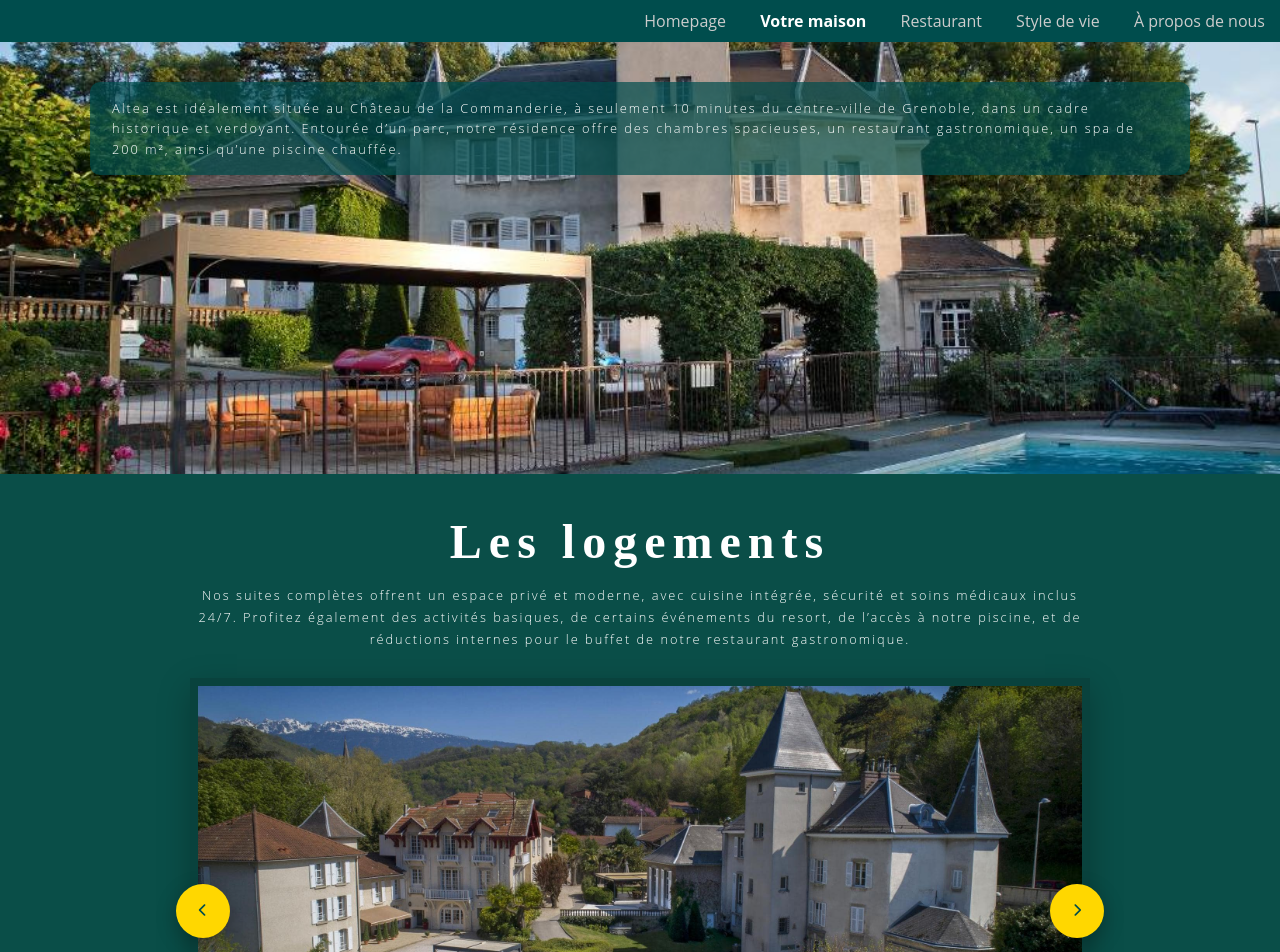
Repository: Rahimzeeeer/alteaaaa
Page: maison.html
The author's editor kept a copy of each file at every save. The page is drawn from the files as they stood at one save, then again after the next save.
The browser window is 1280 px wide. The pictures show the part of the page from y = 0 to 952 px (the page is 3131 px tall before and 3142 px after).
A picture or video elsewhere on the page could not be fetched, so the positions and the page height are approximate.

Above is the page before, as saved 2025-08-12 17:20:24.

### maison.html
<!DOCTYPE html>
<html lang="fr">
<head>
  <meta charset="UTF-8" />
  <meta name="viewport" content="width=device-width, initial-scale=1.0"/>
  <title>Votre maison – Altea</title>
  <link rel="stylesheet" href="style.css" />
  <link rel="stylesheet" href="https://cdnjs.cloudflare.com/ajax/libs/font-awesome/6.5.0/css/all.min.css"/>
</head>
<body>

  <!-- Navbar -->
  <header>
    <nav class="navbar">
      <ul>
        <li><a href="index.html">Homepage</a></li>
        <li><a href="maison.html" class="active">Votre maison</a></li>
        <li><a href="restaurant.html">Restaurant</a></li>
        <li><a href="style.html">Style de vie</a></li>
        <li><a href="apropos.html">À propos de nous</a></li>
      </ul>
    </nav>
  </header>

  <!-- Bandeau visuel + encart -->
  <section class="cover-banner" style="--cover:url('images/maison/cover.jpg')">
    <p class="cover-bubble">
      Altea est idéalement située au Château de la Commanderie, à seulement 10 minutes du centre-ville de Grenoble,
      dans un cadre historique et verdoyant. Entourée d’un parc, notre résidence offre des chambres spacieuses,
      un restaurant gastronomique, un spa de 200 m², ainsi qu’une piscine chauffée.
    </p>
  </section>

  <!-- Titre + intro -->
  <section class="lodging-intro">
    <h1>Les logements</h1>
    <p>
      Nos suites complètes offrent un espace privé et moderne, avec cuisine intégrée, sécurité et soins médicaux inclus 24/7.
      Profitez également des activités basiques, de certains événements du resort, de l’accès à notre piscine, et de
      réductions internes pour le buffet de notre restaurant gastronomique.
    </p>

    <!-- Visuel principal / carrousel (statique pour l’instant) -->
    <div class="lodging-hero">
      <button class="slide-btn prev"><i class="fa-solid fa-chevron-left"></i></button>
      <img src="images/maison/slider-1.jpg" alt="Résidence Altea" />
      <button class="slide-btn next"><i class="fa-solid fa-chevron-right"></i></button>
    </div>

    <!-- Cartes tarifs -->
    <div class="price-cards">
      <article class="price-card">
        <h4>Abonnement mensuel 1 personne</h4>
        <p class="price-note">À partir de <strong>4000€</strong></p>
      </article>
      <article class="price-card">
        <h4>Abonnement mensuel 2 personnes</h4>
        <p class="price-note">À partir de <strong>6000€</strong></p>
      </article>
      <article class="price-card">
        <h4>Séjour à la nuité</h4>
        <p class="price-note">À partir de <strong>180€</strong></p>
      </article>
    </div>
  </section>

  <!-- Équipements (panneau blanc) -->
  <section class="features-panel">
    <div class="features-grid">
      <div class="feature"><i class="fa-solid fa-bath"></i> Grande salle de bains</div>
      <div class="feature"><i class="fa-solid fa-bed"></i> 1 ou 2 chambres</div>
      <div class="feature"><i class="fa-solid fa-couch"></i> Grand salon</div>

      <div class="feature"><i class="fa-solid fa-wind"></i> Climatisation chaud/froid</div>
      <div class="feature"><i class="fa-solid fa-sun"></i> Stores électriques</div>
      <div class="feature"><i class="fa-solid fa-kitchen-set"></i> Cuisine équipée</div>

      <div class="feature"><i class="fa-solid fa-archway"></i> Terrasse ou jardin privatif</div>
      <div class="feature"><i class="fa-solid fa-bell-concierge"></i> Concierge</div>
      <div class="feature"><i class="fa-solid fa-square-parking"></i> Parking/garage en option</div>

      <div class="feature"><i class="fa-solid fa-box-open"></i> Débarras</div>
      <div class="feature"><i class="fa-solid fa-paw"></i> Animaux autorisés</div>
      <div class="feature"><i class="fa-solid fa-video"></i> Sécurité et surveillance</div>

      <div class="feature"><i class="fa-solid fa-people-group"></i> Espaces communautaires</div>
      <div class="feature"><i class="fa-solid fa-utensils"></i> Restaurant dans le complexe</div>
      <div class="feature"><i class="fa-solid fa-water-ladder"></i> Piscines</div>

      <div class="feature"><i class="fa-solid fa-house-medical"></i> Pôle médical & beauté</div>
      <div class="feature"><i class="fa-solid fa-suitcase-medical"></i> Assistance 24/7</div>
      <div class="feature"><i class="fa-solid fa-seedling"></i> Cadre verdoyant</div>
    </div>
  </section>

  <!-- Texte + galerie à légendes -->
  <section class="lodging-gallery">
    <div class="lg-text">
      <p>
        Tous les appartements pour séniors sont dotés d’un salon, d’une cuisine entièrement équipée et d’une
        chambre. Vous pouvez choisir parmi différentes catégories, qui varient en fonction de leur emplacement,
        de leur agencement et de leur superficie.
      </p>
    </div>
    <div class="lg-grid">
      <figure class="lg-item">
        <img src="images/maison/lit-senior.png" alt="Lit senior électrique" />
        <figcaption>Lit senior électrique</figcaption>
      </figure>
      <figure class="lg-item">
        <img src="images/maison/cuisine.webp" alt="Cuisine et salle à manger" />
        <figcaption>Cuisine et salle à manger</figcaption>
      </figure>
      <figure class="lg-item">
        <img src="images/maison/chambre.jpg" alt="Chambre lumineuse" />
        <figcaption>Chambre lumineuse</figcaption>
      </figure>
    </div>
  </section>

</body>
</html>

### style.css
/* =========================
   Variables & reset
========================= */
:root{
  --green: #0a4e48;      /* vert profond (fond global) */
  --teal:  #004d4d;      /* navbar / boutons */
  --gold:  gold;         /* accents dorés */
  --ink:   #233;         /* texte sombre sur fond clair */
  --white: #fff;
}

*{ box-sizing: border-box; }

/* ===== Fonts ===== */
/* Exemple : Serif pour titres et Sans-serif pour le reste */
@import url('https://fonts.googleapis.com/css2?family=Merriweather:wght@400;700&family=Open+Sans:wght@400;600&display=swap');


/* Titres en serif */
h1, h2, h3, h4, .section-title {
  font-family: 'Open sans', serif;
  letter-spacing: 7px;
  font-size: 2.5rem; /* plus grand */
}

h1{
  font-size: 3rem; /* plus grand */
}
h2{
  font-size: 2rem; /* plus grand */
}

h3{
  font-size: 1.8rem; /* plus grand */
}

h4{
  font-size: 1.3rem; /* plus grand */
}
p{
  font-size: 0.8rem; /* plus grand */
}


p, span{
  font-family: 'Open sans', sans-serif;
  letter-spacing: 2px;
  font-weight : lighter
}



body{
  margin: 0;
  font-family: 'Open Sans', sans-serif;
  background-color: var(--green);
  color: var(--white);
}

/* Texte vert sur fond jaune */
.gold-bg {
    background-color: #d4a949;
    color: #004d40; /* Vert foncé élégant */
}

.gold-bg h2,
.gold-bg h3,
.gold-bg p {
    color: #004d40;
}


/* =========================
   Navbar
========================= */
.navbar{
  background-color: var(--teal);
  padding: 10px 0;
  text-align: right;
  box-shadow: 0 2px 8px rgba(0,0,0,0.3);
}
.navbar ul{ list-style: none; margin: 0; padding: 0; }
.navbar li{ display: inline-block; margin: 0 15px; }
.navbar a{
  color: #ccc;
  text-decoration: none;
  font-size: 16px;
  transition: color .3s ease;
}
.navbar a:hover,
.navbar a.active{ color: var(--white); }
.navbar a.active{ font-weight: bold; }

/* =========================
   Hero
========================= */
.hero {
  position: relative;
  width: 100%;
  height: 90vh;
  display: flex;
  align-items: center;
  justify-content: center;
}

.hero-image {
  position: absolute; inset: 0;
  width: 100%; height: 100%;
  object-fit: cover; z-index: -1;
  filter: brightness(0.8);
  transform: scale(1.03);
}

/* === Homepage hero refinements === */
.hero-content {
  width: 100%;
  height: 100%;
  display: flex;
  flex-direction: column;
  justify-content: flex-start;
  align-items: center;
  padding-top: 2vh; /* valeur réduite = logo monte */
  text-align: center;
  color: var(--white);
}


.hero-logo {
  max-width: 280px; /* taille augmentée */
}


.hero-welcome {
  font-family: 'Open sans', serif;
  letter-spacing: 10px;
  text-transform: uppercase;
  font-size: 2rem; /* plus grand pour un effet prestige */
  opacity: 0.9;
  margin-bottom: 8px;
}


.hero-buttons {
  position: absolute;
  bottom: 24px;
  margin: 0;
}

.hero-buttons .btn {
  display: inline-block;
  background-color: var(--green);
  color: var(--gold);
  padding: 10px 16px;
  margin: 10px;
  font-weight: lighter;
  text-decoration: none;
  border-radius: 4px;
  transition: filter 0.3s, transform 0.3s;
  font-size: 1em;
  border: 1px solid rgba(0,0,0,0.1);
  font-family: 'Open sans'seif;
  letter-spacing: 5px;
}

.hero-buttons .btn:hover {
  filter: brightness(1.05);
  transform: translateY(-1px);
}


/* =========================
   Catégories
========================= */
.section-title{
  text-align: center;
  font-size: 2rem;
  margin: 30px 0;
  color: var(--white);
  font-weight: lighter;
}
.category-grid{
  display: grid;
  grid-template-columns: repeat(3, 1fr);
  gap: 15px;
  max-width: 1000px;
  margin: 0 auto;
}
.category-item{ position: relative; overflow: hidden; }
.category-item img{ width: 100%; display: block; }
.category-item span{
  position: absolute; left: 50%; bottom: 10px;
  transform: translateX(-50%);
  background-color: rgba(0,77,77,.8);
  color: var(--white);
  padding: 6px 12px;

  border-radius: 4px;
}

/* =========================
   Notre resort
========================= */
.resort{
  max-width: 1000px;
  margin: 50px auto;
  padding: 20px;
  color: var(--white);
  text-align: center;
}
.resort-text h2{ font-size: 2em; margin: 0 0 10px; }
.resort-text p{ margin: 15px 0; line-height: 1.5; }
.btn-gold{
  background-color: var(--gold);
  color: var(--teal);
  padding: 8px 14px;
  text-decoration: none;
  font-weight: bold;
  border-radius: 20px;

}
.resort-video video{
  margin-top: 20px;
  width: 100%;
  border-radius: 8px;
}

/* =========================
   Actualités
========================= */
.actualites{
  padding: 40px;
  text-align: center;
  background-color: var(--teal);
  color: var(--white);
}
.actus-grid{
  display: grid;
  grid-template-columns: repeat(3, 1fr);
  padding: 0 50px; /* marge interne gauche/droite */
  gap: 20px;
}
.actus-item{
  background: transparent;
  border: 1px solid var(--gold);
  position: relative;
}
.actus-item img{
  width: 100%;
  height: 300px;         /* taille uniforme */
  object-fit: cover;     /* recadrage propre */
  border-bottom: 2px solid var(--gold);
}
.actus-item h3,p{
  text-align: left;
  padding: 0 30px;
}
.plus-btn{
  position: absolute; bottom: 10px; right: 10px;
  background-color: var(--gold);
  color: var(--teal);
  font-weight: bold;
  border-radius: 50%;
  padding: 5px 10px;
  cursor: pointer;
}

/* =========================
   Avis (fond flou en arrière-plan)
========================= */
.avis{
  position: relative;
  overflow: hidden;
  min-height: 100vh;                    /* ≈ une page */
  display: flex; flex-direction: column;
  justify-content: center; align-items: center;
  padding: 60px 20px;
  text-align: center;
  color: var(--white);
}
.avis::before{
  content: "";
  position: absolute; inset: 0;
  background: url('images/index/avisbg.png') center/cover no-repeat;
  filter: brightness(0.6);
  transform: scale(1.03);
  z-index: 0;
}
.avis > *{ position: relative; z-index: 1; }
.avis h2{ margin-bottom: 24px; font-size: 2.2rem; }
.avis-container{
  display: flex; justify-content: center; flex-wrap: wrap;
  gap: 40px;
}
.avis-item{ max-width: 360px; font-style: italic; }

/* =========================
   Nous contacter
========================= */
.contact{
  background-color: #d4a743;  /* fond or/moutarde */
  padding: 60px 20px;
  color: var(--ink);
  text-align: center;
}

.contact h3 {
  text-align: left;
  font-size: 1.8rem;

}

.contact-grid{
  max-width: 1000px; margin: 0 auto;
  display: grid; grid-template-columns: repeat(3, 1fr);
  gap: 24px;
}
.contact-box{
  background: rgba(255,255,255,.02);
  border: 2px solid var(--green);
  border-radius: 8px;
  padding: 24px;
  min-height: 220px;
  box-shadow: 0 2px 6px rgba(0,0,0,.08);
}
.contact-box h3{
  margin: 0 0 12px;
  font-weight: 700;
}

/* =========================
   Responsive
========================= */
@media (max-width: 900px){
  .category-grid{ grid-template-columns: 1fr 1fr; }
  .actus-grid{ grid-template-columns: 1fr; }
  .contact-grid{ grid-template-columns: 1fr; }
  .hero{ height: 70vh; }
}


/* =========================
   Votre maison
========================= */

/* Bandeau haut avec encart */
.cover-banner{
  position: relative;
  width: 100%;
  height: 60vh;
  background: var(--green);
  display: flex;
  align-items: flex-start;
  justify-content: center;
  padding-top: 40px;
}
.cover-banner::before{
  content: "";
  position: absolute; inset: 0;
  background: var(--green) center/cover no-repeat;
  background-image: var(--cover);

  z-index: 0;
}
.cover-bubble{
  position: relative;
  z-index: 1;
  max-width: 1100px;
  margin: 0 20px;
  background: rgba(0,77,77,.7);
  color: var(--white);
  padding: 16px 22px;
  border-radius: 10px;
  line-height: 1.6;
}

/* Intro + titre + grand visuel */
.lodging-intro{
  max-width: 1100px;
  margin: 40px auto 20px;
  padding: 0 20px;
}
.lodging-intro h1{
  font-family: 'Merriweather', serif;
  font-size: 3rem;
  text-align: center;
  margin: 10px 0 16px;
}
.lodging-intro p{
  text-align: center;
  line-height: 1.7;
  max-width: 980px;
  margin: 0 auto 28px;
}
.lodging-hero{
  position: relative;
  max-width: 900px;
  margin: 0 auto 32px;
  border: 8px solid rgba(0,0,0,.15);
  box-shadow: 0 10px 30px rgba(0,0,0,.25);
}
.lodging-hero img{
  display: block;
  width: 100%;
  height: auto;
}
.slide-btn{
  position: absolute; top: 50%; transform: translateY(-50%);
  width: 54px; height: 54px; border: none; cursor: pointer;
  border-radius: 50%;
  background: var(--gold);
  color: var(--teal);
  display: grid; place-items: center;
  box-shadow: 0 6px 20px rgba(0,0,0,.25);
}
.slide-btn.prev{ left: -22px; }
.slide-btn.next{ right: -22px; }

/* Tarifs */
.price-cards{
  display: grid;
  grid-template-columns: repeat(3, 1fr);
  gap: 28px;
  margin: 26px auto 10px;
  max-width: 1100px;
}
.price-card{
  background: #d4a743;
  color: var(--ink);
  padding: 22px;
  border-radius: 6px;
  box-shadow: 0 6px 16px rgba(0,0,0,.18);
  border: 2px solid rgba(0,0,0,.08);
  text-align: center;
}


/* Panneau des équipements (blanc) */
.features-panel{
  background: var(--white);
  color: var(--ink);
  margin: 60px auto;
  max-width: 1100px;
  border-radius: 6px;
  padding: 36px 28px;
}
.features-grid{
  display: grid;
  grid-template-columns: repeat(3, 1fr);
  gap: 22px 40px;
}
.feature{
  display: flex; align-items: center; gap: 12px;
  font-size: 1rem;
}
.feature i{
  color: #b9c36a;          /* vert jaunâtre comme sur la maquette */
  font-size: 26px;
  width: 28px; text-align: center;
}

/* Texte + galerie à légendes */
.lodging-gallery{
  max-width: 1100px; margin: 40px auto 80px; padding: 0 20px;
  display: grid; grid-template-columns: 1fr 1.2fr; gap: 28px;
}
.lg-text p{ line-height: 1.8; margin: 0; }
.lg-grid{
  display: grid; gap: 22px;
}
.lg-item{
  background: rgba(255,255,255,.06);
  border: 1px solid rgba(255,255,255,.15);
}
.lg-item img{ display: block; width: 100%; height: auto; }
.lg-item figcaption{
  text-align: center;
  padding: 12px 10px;
  font-family: 'Merriweather', serif;
  border-top: 1px solid rgba(255,255,255,.15);
}

/* Responsive */
@media (max-width: 1000px){
  .price-cards{ grid-template-columns: 1fr; }
  .features-grid{ grid-template-columns: 1fr 1fr; }
  .lodging-gallery{ grid-template-columns: 1fr; }
  .slide-btn.prev{ left: 8px; } .slide-btn.next{ right: 8px; }
}
@media (max-width: 640px){
  .cover-banner{ height: 50vh; }
  .cover-bubble{ font-size: .95rem; }
  .lodging-intro h1{ font-size: 2.2rem; }
  .features-grid{ grid-template-columns: 1fr; }
}



/* ===== Restaurant ===== */

/* HERO */
.resto-hero {
  position: relative;
  height: 70vh;
  overflow: hidden;
}
.resto-hero img {
  width: 100%;
  height: 100%;
  object-fit: cover;
  filter: brightness(0.75);
}
.resto-hero-content {
  position: absolute;
  top: 50%;
  left: 50%;
  transform: translate(-50%, -50%);
  text-align: center;
  color: white;
}
.resto-hero-content h1 {
  font-size: 3rem;
  margin-bottom: 20px;
  font-family: 'Merriweather', serif;
}
.btn {
  display: inline-block;
  padding: 12px 24px;
  text-decoration: none;
  border-radius: 5px;
  font-weight: bold;
}
.btn-teal { background-color: #004d40; color: white; }
.btn-gold { background-color: #d4a743; color: #004d40; }
.btn:hover { filter: brightness(1.1); }

/* UNE AVENTURE FRANÇAISE */
.resto-aventure {
  display: flex;
  flex-wrap: wrap;
  gap: 20px;
  padding: 50px 5%;
  background-color: #004d40;
  color: white;
}


.aventure-images {
  flex: 1;
  display: flex;
  flex-direction: column;
  gap: 20px;
}
.aventure-images img {
  width: 100%;
  border-radius: 8px;
  object-fit: cover;
}
.aventure-text {
  flex: 1;
}
.aventure-text h2 {
  font-family: 'Merriweather', serif;
  color: #d4a743;
  margin-bottom: 20px;
}
.aventure-text p {
  margin-bottom: 20px;
  line-height: 1.6;
}

/* HORAIRES */
.resto-horaires {
  display: flex;
  flex-wrap: wrap;
  gap: 20px;
  padding: 50px 5%;
  background-color: #d4a743;
}
.horaires-images {
  flex: 1;
  display: flex;
  flex-direction: column;
  gap: 20px;
}
.horaires-images img {
  width: 100%;
  border-radius: 8px;
  object-fit: cover;
}
.horaires-text {
  flex: 1;
  display: flex;
  flex-direction: column;
  justify-content: center;
}
.horaires-text h3 {
  font-family: 'Merriweather', serif;
  margin-bottom: 20px;
  color: #004d40;
}
.horaires-text ul {
  margin-bottom: 20px;
  padding-left: 20px;
}
.horaires-text li {
  margin-bottom: 10px;
}

/* Responsive */
@media (max-width: 768px) {
  .resto-aventure, .resto-horaires {
    flex-direction: column;
  }
}


/* Couleurs de fond */
.gold-bg { background-color: #d4a949; padding: 60px 80px; }
.green-bg { background-color: #004d40; color: white; padding: 60px 80px; }

/* Titres */
.title {
    text-align: center;
    font-size: 2.5rem;
    margin-bottom: 40px;
}
.serif { font-family: 'Times New Roman', serif; }

/* Section sport */
.sport-grid {
    display: grid;
    grid-template-columns: repeat(2, 1fr);
    gap: 30px;
}
.sport-item img {
    width: 100%;
    height: 250px;
    object-fit: cover;
    border-radius: 6px;
}
.sport-item h3 {
    margin-top: 10px;
    font-size: 1.5rem;
}

/* Bien-être */
.wellness-grid {
    display: grid;
    grid-template-columns: 1fr 1.5fr;
    gap: 20px;
}
.wellness-grid .images {
    display: grid;
    grid-template-columns: repeat(2, 1fr);
    gap: 10px;
}
.wellness-grid img {
    width: 100%;
    height: 200px;
    object-fit: cover;
    border-radius: 6px;
}

/* Communauté */
.community-grid {
    display: grid;
    grid-template-columns: repeat(3, 1fr);
    gap: 30px;
    text-align: center;
}
.community-item img {
    width: 100%;
    height: 250px;
    object-fit: cover;
    border-radius: 6px;
}
.community-item h3 {
    margin-top: 15px;
    font-size: 1.4rem;
}

/* Premium */
.premium-text {
    text-align: center;
    margin-bottom: 40px;
}
.premium-grid {
    display: grid;
    grid-template-columns: 2fr 1fr 1fr;
    gap: 20px;
}
.premium-grid img {
    width: 100%;
    height: 300px;
    object-fit: cover;
    border-radius: 6px;
}

.gold-bg {
  background-color: #d4af37; /* jaune doré */
  color: #004d40; /* texte vert foncé */
}

.apropos {
  padding: 60px 5%;
}

.apropos h2 {
  font-family: serif;
  font-size: 2.5rem;
  text-align: center;
  margin-bottom: 50px;
}

.apropos-grid {
  display: flex;
  justify-content: space-between;
  gap: 30px;
}

.apropos-item {
  background-color: #004d40; /* vert foncé */
  color: white;
  border-radius: 8px;
  overflow: hidden;
  flex: 1;
  display: flex;
  flex-direction: column;
}

.apropos-item img {
  width: 100%;
  height: 250px;
  object-fit: cover;
}

.apropos-text {
  padding: 20px;
}

.apropos-text h3 {
  font-size: 1.4rem;
 color: white;
  margin-bottom: 10px;
  font-family: serif;
}

.apropos-text p,
.apropos-text ul {
  font-size: 0.95rem;
  color: white;
  line-height: 1.5;
}

.apropos-text ul {
  list-style-type: disc;
  padding-left: 20px;
}

@media (max-width: 900px) {
  .apropos-grid {
    flex-direction: column;
  }
}

After the next save:
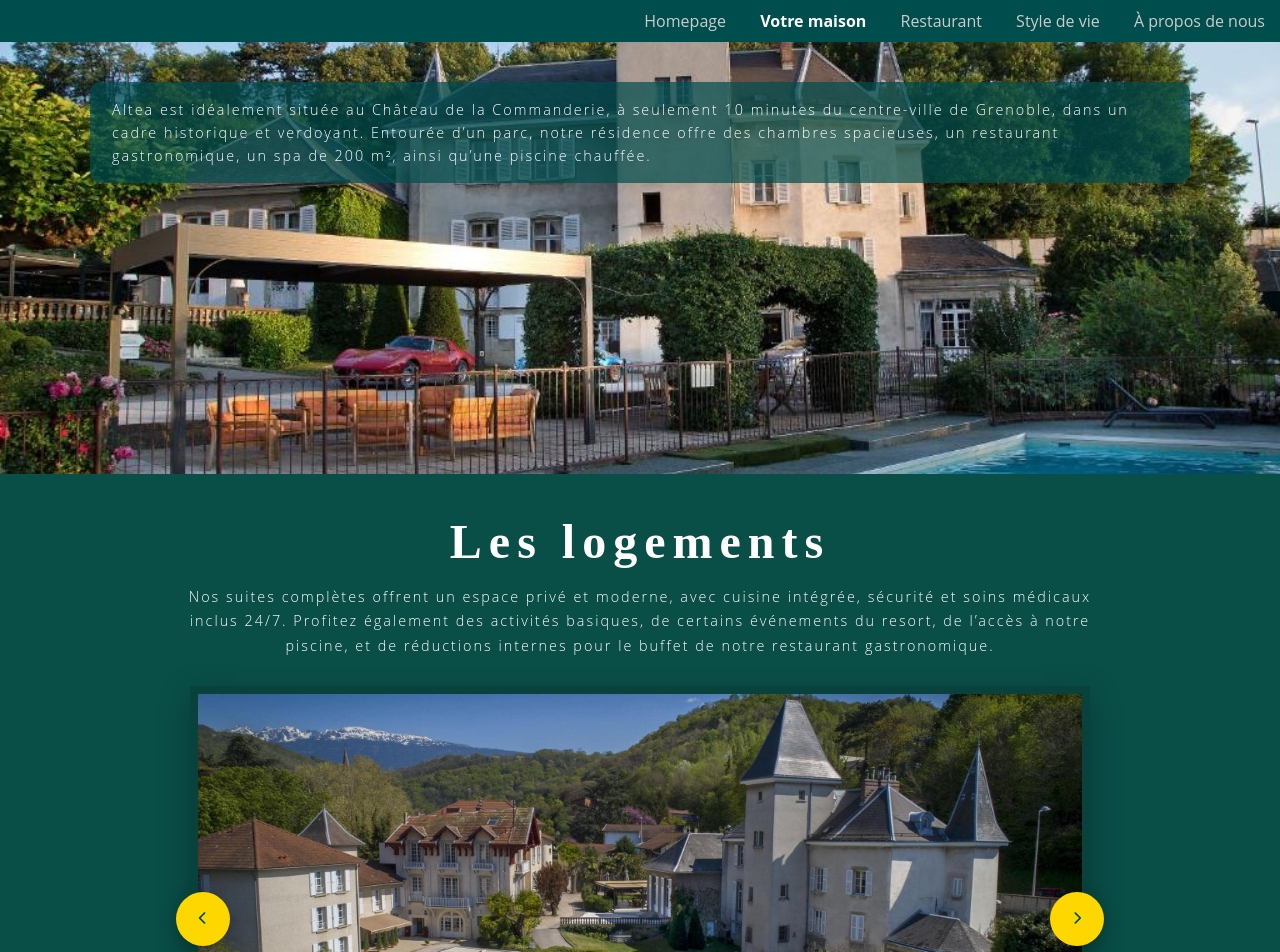
Saved 19 s later.
--- a/style.css
+++ b/style.css
@@ -38,7 +38,7 @@ h4{
   font-size: 1.3rem; /* plus grand */
 }
 p{
-  font-size: 0.8rem; /* plus grand */
+  font-size: 0.9rem; /* plus grand */
 }
 
 
